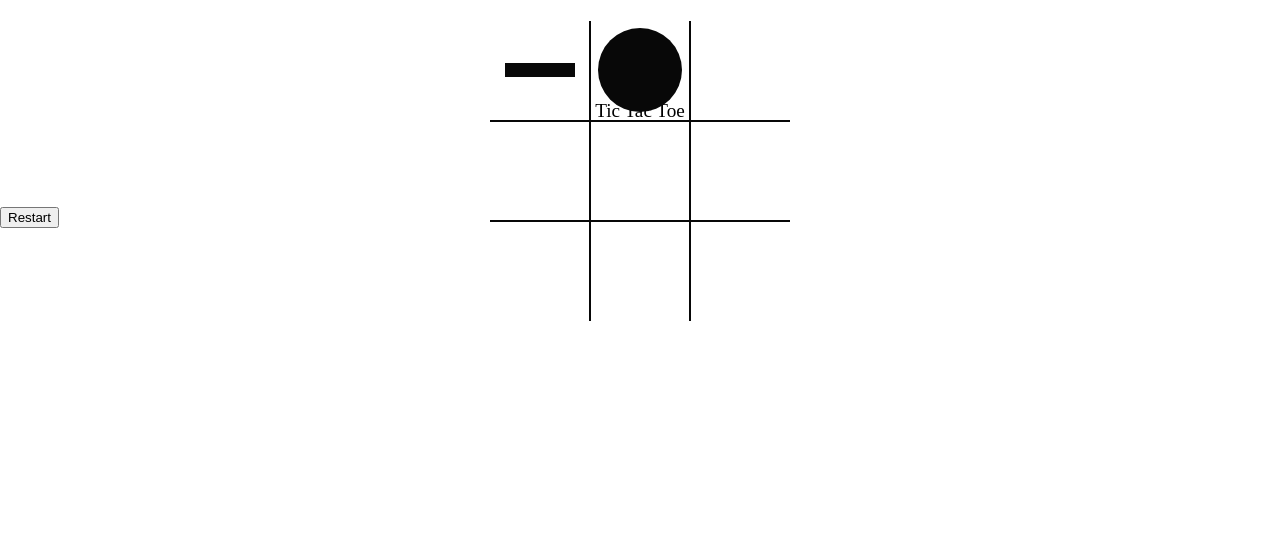
Repository: kkyler24/MCLA
Page: devFiles/TictactoeFiles/ticTacToe.html
These files come from the project's save history. The page is drawn as it stood at one moment and after a run of saves; the edit follows.
The browser window is 1280 px wide. The pictures show the whole page.

Above is the page before, as saved 2020-04-17 15:31:48.

### devFiles/TictactoeFiles/ticTacToe.html
<!DOCTYPE html>
<html lang="en">

<head>
    <meta charset="UTF-8">
    <meta name="viewport" content="width=device-width, initial-scale=1.0">
    <link rel="stylesheet" type="text/css" href="tictactoe.css">
    <script src="tictactoe.js" defer></script>
    <title>Tic Tac Toe</title>
</head>

<body>
    <sectionOne>
        <!-- NavBar -->
        <!-- <nav class="navbar navbar-light bg-light">
            <!-- Image Logo -->
            <!-- <a class="navbar-brand" href="#">
                <img src="/docs/4.0/assets/brand/bootstrap-solid.svg" width="30" height="30"
                    class="d-inline-block align-top" alt="">
                Bootstrap -->
            <!-- </a> -->
        </nav>
    </sectionOne>
<sectionTwo>
<h1>Tic Tac Toe</h1>
<div class="BoardOne" id="BoardOne">
    <div class="cellBOne dash" data-cell></div>
    <div class="cellBOne circle" data-cell></div>
    <div class="cellBOne" data-cell></div>
    <div class="cellBOne" data-cell></div>
    <div class="cellBOne" data-cell></div>
    <div class="cellBOne" data-cell></div>
    <div class="cellBOne" data-cell></div>
    <div class="cellBOne" data-cell></div>
    <div class="cellBOne" data-cell></div>
</div>
<div class="winning-message-One" id="winningMessageOne">
    <div class="data-winning-message-text-One"></div>
    <button id="restartButtonOne">Restart</button>
</div>



</sectionTwo>











</body>

### devFiles/TictactoeFiles/tictactoe.css
*,*::after, *::before{
    box-sizing: border-box;
}
:root {
    --cell-size:100px;
    --mark-size:calc(var(--cell-size)*.7);
    /* this makes the preview marks 90% of the cell size it edits the width of your dot or dash */
}

h1{
    margin-top: 100px;
    text-align: center;
    font-size: larger;
    font-weight: 100;
}

body{
    margin:0;
}

.BoardOne{
    width: 100vw;
    height: 10vh;
    display: grid;
    justify-content: center;
    align-content: center;
    align-items: center;
    justify-items: center;
    grid-template-columns: repeat(3,auto);
    /* this resizes the grid and makes all the cells automatically evenly sized */
}
.cellBOne{
    width: var(--cell-size);
    height: var(--cell-size);
    border: 1px solid rgb(8, 8, 8);
    display: flex;
    justify-content: center;
    align-items: center;
    position: relative;
    cursor: pointer;
}
.cellBOne:first-child,
.cellBOne:nth-child(2),
.cellBOne:nth-child(3){
    border-top: none;
}

.cellBOne:nth-child(3n+1){
    border-left: none;
}

.cellBOne:nth-child(3n+3){
    border-right: none;
}

.cellBOne:last-child,
.cellBOne:nth-child(8),
.cellBOne:nth-child(7){
    border-bottom: none;
}

.cellBOne.dash::before{
    content: "";
    width: calc(var(--mark-size)*.20);
    /* controls the height of the dashes */
    transform: rotate(90deg);
    height: var(--mark-size);
    background-color: rgb(8, 8, 8);
    /* controls how the dashes look */
    position: relative;
}

.cellBOne.circle::after{
    content: "";
    position: absolute;
    width: calc(var(--mark-size)*1.2);
    /* controls the height of the cricles */
    /* transform: rotate(90deg); */
    height: calc(var(--mark-size)*1.2);
    background-color: rgb(8, 8, 8);
    /* controls how the dashes look */
    border-radius: 50%;

}

.cellBOne.circle,
.cellBOne.dash{
    cursor: not-allowed;
}

### devFiles/TictactoeFiles/tictactoe.js
// var winningCombinations = {
//     // userchoice: computerchoice
//     rock: 'scissors', // you win
//     paper: 'rock',    // you win
//     scissors: 'paper' // you win
// random words should be put in here and converted to morse code. the computer should evaluate if your letter box matches the randomized word to win the round.
// };

After the next 2 saves:
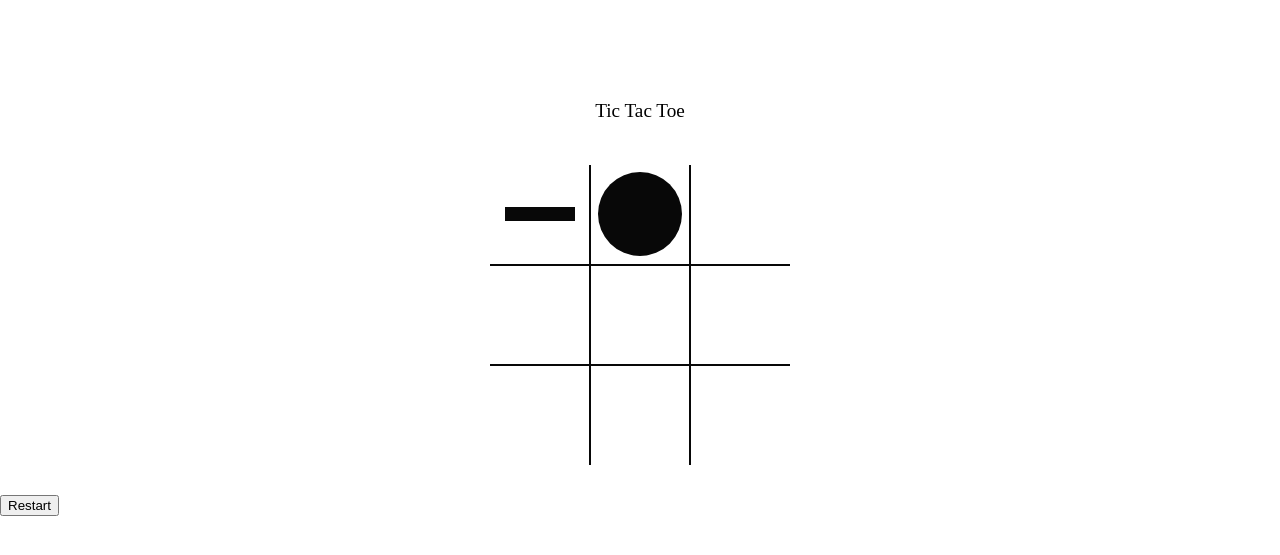
The 2 saves are shown as one change because they came seconds apart.
The last was saved 23 s later.
--- a/devFiles/TictactoeFiles/tictactoe.css
+++ b/devFiles/TictactoeFiles/tictactoe.css
@@ -20,7 +20,7 @@ body{
 
 .BoardOne{
     width: 100vw;
-    height: 10vh;
+    height: 50vh;
     display: grid;
     justify-content: center;
     align-content: center;
